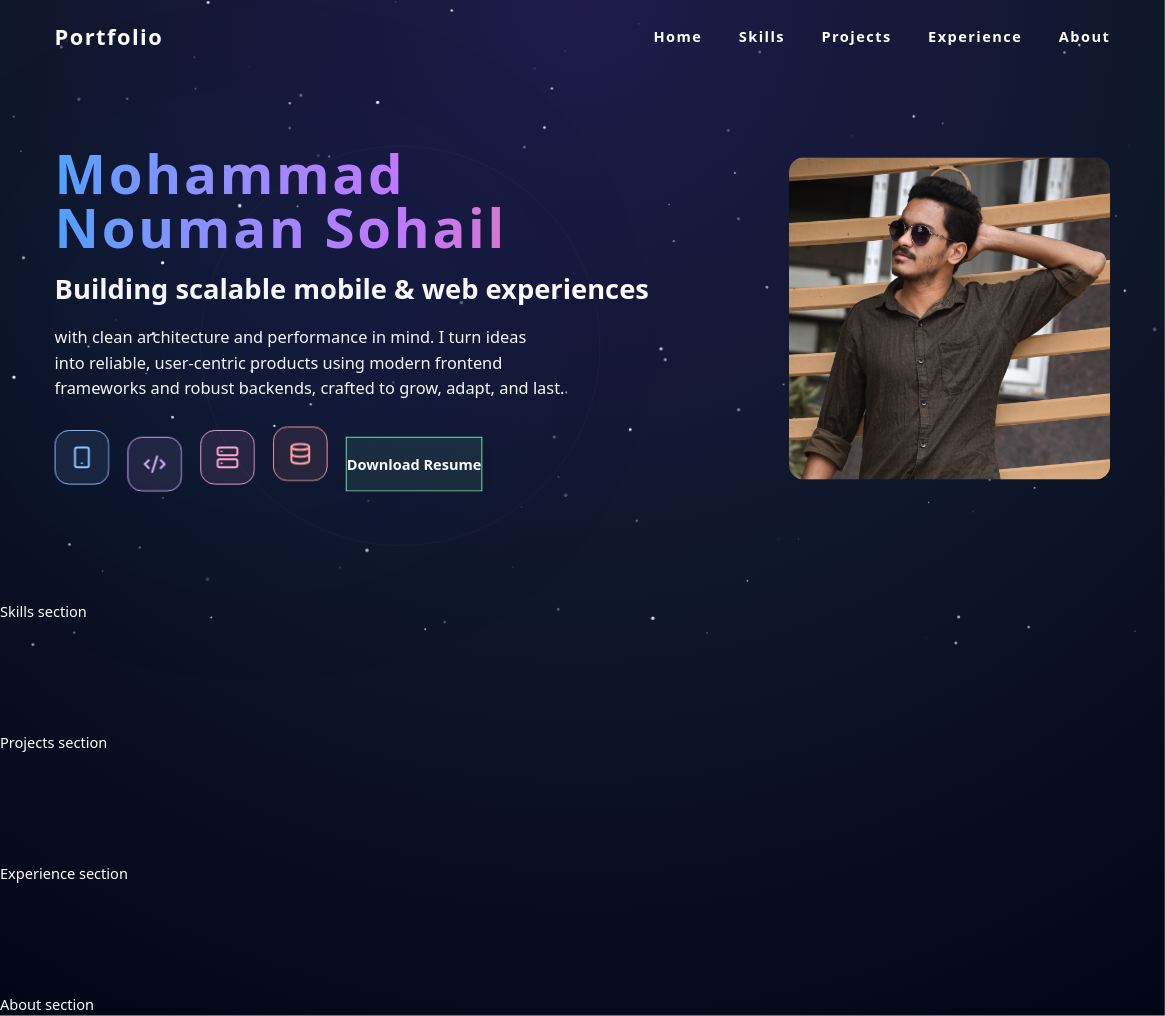
Repository: NoumanSohail/Nouman-Sohail-Portfolio
Page: /
An editor plug-in stored every save of this project. The page is shown before and after the next save, followed by the edit.
The browser window is 1280 px wide. The pictures show the whole page, at 91% of full size.
The project was rebuilt for these pictures with package versions that can differ from the ones it lists, and the page was loaded fresh each time. The framework's server and built-in components were replaced by stand-ins that run in the browser. Also part of the build but not shown: next.config.ts.

Above is the page before, as saved 2026-01-24 21:25:51.

### app/layout.tsx
import type { Metadata } from "next";
import { Geist, Geist_Mono } from "next/font/google";
import "./globals.css";
import Navbar from "./components/header/Navbar";
import StarBackground from "./components/ui/StarBackground";

const geistSans = Geist({
  variable: "--font-geist-sans",
  subsets: ["latin"],
});

const geistMono = Geist_Mono({
  variable: "--font-geist-mono",
  subsets: ["latin"],
});

export const metadata: Metadata = {
  title: "Create Next App",
  description: "Generated by create next app",
};

export default function RootLayout({
  children,
}: Readonly<{
  children: React.ReactNode;
}>) {
  return (
    <html lang="en">
      <body
        className={`${geistSans.variable} ${geistMono.variable} antialiased`}
      >
        <StarBackground />
        <Navbar />
        {children}
      </body>
    </html>
  );
}

### app/page.tsx
import React from 'react'
import Hero from './components/sections/Hero'
import Skills from './components/sections/Skills'
import Projects from './components/sections/Projects'
import Experience from './components/sections/Experience'
import About from './components/sections/About'

const page = () => {
  return (
    <div>
      <Hero />
      <Skills />
      <Projects />
      <Experience />
      <About />
    </div>
  )
}

export default page

### app/globals.css
@import "tailwindcss";

html {
  scroll-behavior: smooth;
}

body {
  overflow-x: hidden;
  position: relative;
  background: radial-gradient(circle at 50% 0%, #1e1b4b, #0f172a, #020617);
  min-height: 100vh;
}

### app/components/header/Navbar.tsx
"use client";

import { useEffect, useState } from "react";
import { navLinks } from "@/app/data";
import Link from "next/link";
import { Menu, X } from "lucide-react";

const Navbar = () => {
  const [isScrolled, setIsScrolled] = useState(false);
  const [menuOpen, setMenuOpen] = useState(false);

  useEffect(() => {
    const handleScroll = () => setIsScrolled(window.scrollY > 20);
    window.addEventListener("scroll", handleScroll);
    return () => window.removeEventListener("scroll", handleScroll);
  }, []);

  return (
    <header
      className={`fixed top-0 left-0 right-0 z-50 transition-all ${
        isScrolled
          ? "bg-transparent backdrop-blur-md border-b border-white/20 shadow-lg py-3"
          : "bg-transparent py-6"
      }`}
    >
      <div className="w-full mx-auto max-w-384 flex items-center justify-between px-5 md:px-10 lg:px-15 text-white tracking-widest">
        <h1 className="font-bold text-2xl">Portfolio</h1>

        {/* large displays like laptops */}
        <nav className="hidden lg:flex">
          {navLinks.map((links) => (
            <div key={links.name} className="flex ml-10 font-semibold">
              <Link href={links.id}>{links.name}</Link>
            </div>
          ))}
        </nav>

        {/* Mobile Hamburger */}
        <div className="lg:hidden flex items-center justify-center">
          <button
            onClick={() => setMenuOpen(!menuOpen)}
            className="text-zinc-400"
          >
            <Menu size={30} />
          </button>
        </div>

        {menuOpen && (
          <div className="fixed inset-0 h-screen flex justify-end bg-black/40 backdrop-blur-sm">
            <div className="relative h-full w-[60%] bg-[#0f172a] text-white flex items-center transition-transform duration-300 translate-x-0">
              <button
                onClick={() => setMenuOpen(false)}
                className={`absolute top right-5 md:right-10 text-white ${isScrolled ? "top-3" : "top-6"}`}
              >
                <X size={30} />
              </button>

              <nav className="flex flex-col p-10 gap-10 mt-20">
                {navLinks.map((links) => (
                  <Link
                    key={links.name}
                    href={links.id}
                    onClick={() => setMenuOpen(false)}
                    className="font-semibold"
                  >
                    {links.name}
                  </Link>
                ))}
              </nav>
            </div>
          </div>
        )}
      </div>
    </header>
  );
};

export default Navbar;

### app/components/ui/StarBackground.tsx
"use client";

import { useEffect, useRef } from "react";

const StarBackground = () => {
  const canvasRef = useRef<HTMLCanvasElement | null>(null);

  useEffect(() => {
    const canvas = canvasRef.current;
    if (!canvas) return;

    const ctx = canvas.getContext("2d");
    if (!ctx) return;

    let stars: any[] = [];
    const STAR_COUNT = 120;

    const resize = () => {
      canvas.width = window.innerWidth;
      canvas.height = window.innerHeight;
    };

    resize();
    window.addEventListener("resize", resize);

    // Create stars
    stars = Array.from({ length: STAR_COUNT }).map(() => ({
      x: Math.random() * canvas.width,
      y: Math.random() * canvas.height,
      radius: Math.random() * 1.5 + 0.5,
      speed: Math.random() * 0.3 + 0.1,
      opacity: Math.random(),
    }));

    const animate = () => {
      ctx.clearRect(0, 0, canvas.width, canvas.height);

      stars.forEach((star) => {
        star.y += star.speed;
        if (star.y > canvas.height) {
          star.y = 0;
          star.x = Math.random() * canvas.width;
        }

        ctx.beginPath();
        ctx.arc(star.x, star.y, star.radius, 0, Math.PI * 2);
        ctx.fillStyle = `rgba(255,255,255,${star.opacity})`;
        ctx.fill();
      });

      requestAnimationFrame(animate);
    };

    animate();

    return () => window.removeEventListener("resize", resize);
  }, []);

  return (
    <canvas
      ref={canvasRef}
      className="fixed inset-0 pointer-events-none -z-10"
    />
  );
};

export default StarBackground;

### app/components/sections/Hero.tsx
"use client";

import { personaldetails } from "@/app/data";
import Image from "next/image";
import me from "@/public/images/me.jpg";
import { Code2, Database, Server, Smartphone } from "lucide-react";
import { motion } from "framer-motion";
import Button from "../ui/Button";

const Hero = () => {
  return (
    <section
      id="home"
      className="scroll-mt-40 w-full mx-auto max-w-384 px-5 md:px-10 lg:px-15 text-white mt-30 xl:mt-40 overflow-hidden"
    >
      {/* Central Glowing Orb */}
      <div
        className="absolute hidden lg:block lg:left-55 xl:left-0 w-[45%] h-[45%] bg-blue-700/50 rounded-full
          blur-[120px] opacity-10 animate-pulse [animation-delay:2000ms] z-0
        "
      />

      {/* Orbiting Elements */}
      <div
        className="absolute hidden lg:block left-55 w-110 h-110 border border-white/5 rounded-full
          animate-spin [animation-duration:20s] z-10
        "
      />

      <div className="flex flex-col lg:flex-row items-center justify-center gap-7 lg:gap-20 text-center lg:text-start">
        <div className="flex flex-col gap-5">
          <motion.div
            initial={{ x: -100, opacity: 0 }}
            whileInView={{ x: 0, opacity: 1 }}
            viewport={{ once: false, amount: 0.3 }}
            transition={{ duration: 0.8, ease: "easeOut" }}
            className="flex flex-col gap-5"
          >
            <h1 className="font-black text-4xl lg:text-5xl xl:text-6xl tracking-wider text-balance text-transparent bg-clip-text bg-linear-to-r from-blue-400 via-purple-400 via-green-400 to-red-400">
              {personaldetails.name}
            </h1>
            <h2 className="font-semibold text-2xl lg:text-3xl">
              {personaldetails.tagline}
            </h2>
            <p className="lg:text-lg lg:text-balance">
              {personaldetails.statement}
            </p>
          </motion.div>

          <motion.div
            initial={{ scale: 0.8, opacity: 0 }}
            whileInView={{ scale: 1, opacity: 1 }}
            viewport={{ once: false, amount: 0.3 }}
            transition={{
              duration: 0.5,
              ease: "easeOut",
            }}
            className="flex gap-5 mt-5 items-center justify-center lg:items-start lg:justify-start"
          >
            <div className="flex gap-5">
              <Smartphone
                size={60}
                className="p-4 border rounded-2xl backdrop-blur-xs bg-blue-300/10 hover:scale-110
                        border-blue-300  hover:border-blue-300 text-blue-300 hover:text-blue-300
                        transition-all duration-300 animate-bounce [animation-delay:0ms]"
              />
              <Code2
                size={60}
                className="p-4 border rounded-2xl backdrop-blur-xs bg-purple-300/10 hover:scale-110
                        border-purple-300 hover:border-purple-300 text-purple-300 hover:text-purple-300
                        transition-all duration-300 animate-bounce [animation-delay:100ms]"
              />
              <Server
                size={60}
                className="p-4 border rounded-2xl backdrop-blur-xs bg-pink-300/10 hover:scale-110
                        border-pink-300 hover:border-pink-300 text-pink-300 hover:text-pink-300
                        transition-all duration-300 animate-bounce [animation-delay:200ms]"
              />
              <Database
                size={60}
                className="p-4 border rounded-2xl backdrop-blur-xs bg-red-300/10 hover:scale-110
                        border-red-300 hover:border-red-300 text-red-300 hover:text-red-300
                        transition-all duration-300 animate-bounce [animation-delay:300ms]"
              />
              <Button title="Download Resume" onClick={() => {}} className="border border-green-300 bg-green-300/10" />
            </div>
          </motion.div>
        </div>

        <motion.div
          initial={{ x: 100, opacity: 0 }}
          whileInView={{ x: 0, opacity: 1 }}
          viewport={{ once: false, amount: 0.3 }}
          transition={{ duration: 0.8, ease: "easeOut" }}
        >
          <Image
            src={me}
            alt={personaldetails.name}
            height={350}
            width={350}
            className="rounded-2xl lg:h-3xl lg:w-3xl"
          />
        </motion.div>
      </div>
    </section>
  );
};

export default Hero;

### app/components/sections/Skills.tsx

const Skills = () => {
  return (
    <section id="skills" className="h-fit">
      <div className="text-white pt-30">Skills section</div>
    </section>
  );
};

export default Skills;

### app/components/sections/Projects.tsx

const Projects = () => {
  return (
    <section id="projects" className="h-fit">
      <div className="text-white pt-30">Projects section</div>
    </section>
  )
}

export default Projects

### app/components/sections/Experience.tsx

const Experience = () => {
  return (
    <section id="experience" className="h-fit">
      <div className="text-white pt-30">Experience section</div>
    </section>
  );
};

export default Experience;

### app/components/sections/About.tsx

const About = () => {
  return (
    <section id="about" className="h-fit">
      <div className="text-white pt-30">About section</div>
    </section>
  )
}

export default About

### app/data.tsx
export const navLinks = [
  { name: "Home", id: "/#home" },
  { name: "Skills", id: "/#skills" },
  { name: "Projects", id: "/#projects" },
  { name: "Experience", id: "/#experience" },
  { name: "About", id: "/#about" },
];

export const personaldetails = {
  name: "Mohammad Nouman Sohail",
  role: "Full Stack Mobile & Web Developer",
  tagline: "Building scalable mobile & web experiences",
  statement:
    "with clean architecture and performance in mind. I turn ideas into reliable, user-centric products using modern frontend frameworks and robust backends, crafted to grow, adapt, and last.",
};

### app/components/ui/Button.tsx
import { ReactNode } from "react";

interface ButtonProps {
  title: string;
  onClick: () => void;
  type?: "button" | "submit";
  disabled?: boolean;

  /* 🔹 Optional Icon */
  icon?: ReactNode;
  iconPosition?: "left" | "right";

  /* 🔹 External Styles */
  className?: string;
}

const Button = ({
  title,
  onClick,
  type = "button",
  disabled = false,
  icon,
  iconPosition = "left",
  className = "",
}: ButtonProps) => {
  return (
    <button
      type={type}
      onClick={!disabled ? onClick : undefined}
      disabled={disabled}
      className={`
        group
        font-bold shadow-lg
        transition-all transform
        flex items-center justify-center gap-2
        duration-300
        ${
          disabled
            ? "bg-(--color-gray) text-white cursor-not-allowed opacity-70 transition-all duration-300"
            : "bg-(--color-primary) text-white hover:bg-gray-300 hover:scale-105 cursor-pointer transition-all duration-300"
        }

        ${className}
      `}
    >
      {/* ICON LEFT */}
      {icon && iconPosition === "left" && (
        <span className="button-icon flex items-center">{icon}</span>
      )}

      <span>{title}</span>

      {/* ICON RIGHT */}
      {icon && iconPosition === "right" && (
        <span className="button-icon flex items-center">{icon}</span>
      )}
    </button>
  );
};

export default Button;

After the next save:
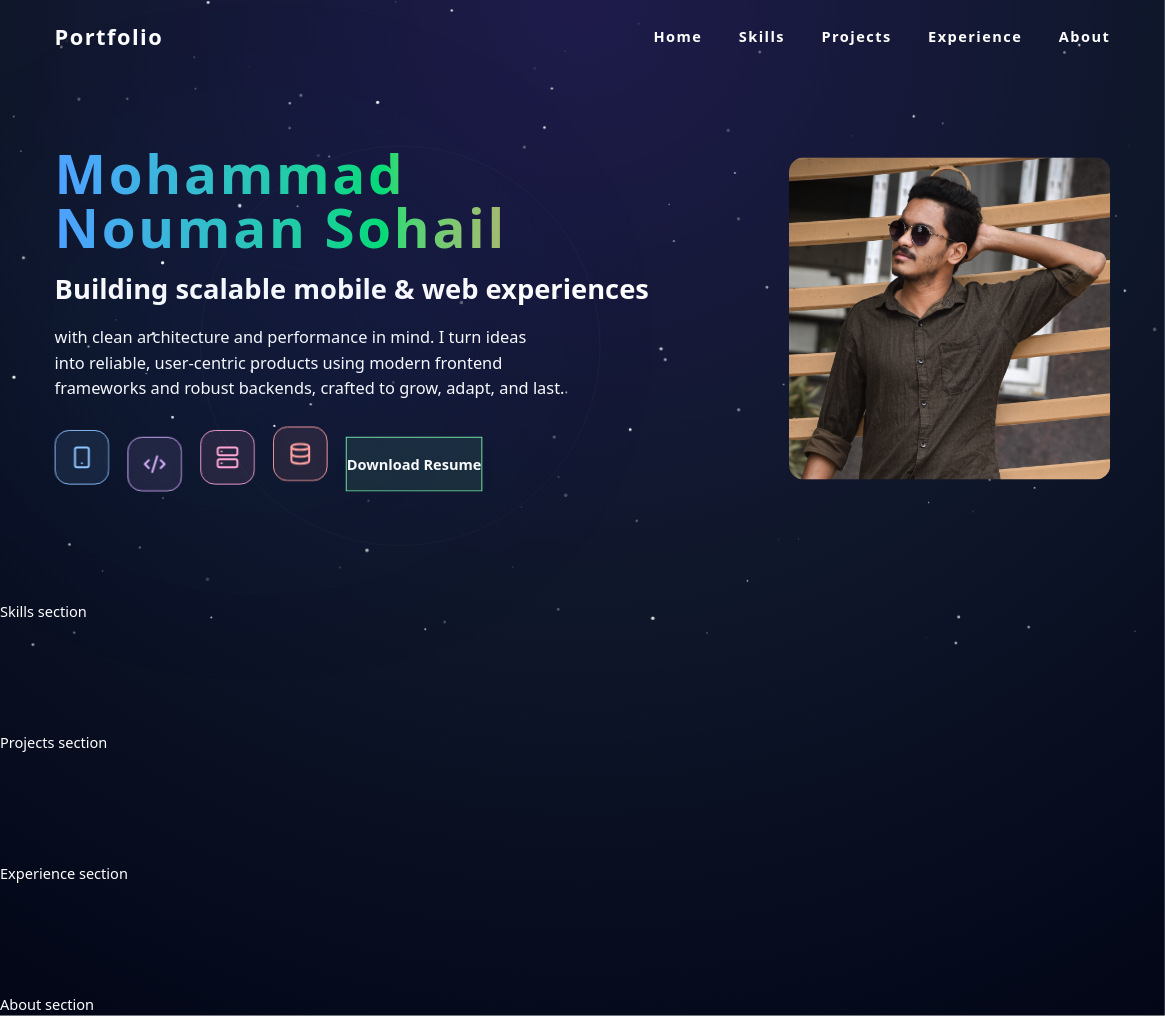
Saved 8 s later.
--- a/app/components/sections/Hero.tsx
+++ b/app/components/sections/Hero.tsx
@@ -36,7 +36,7 @@
             transition={{ duration: 0.8, ease: "easeOut" }}
             className="flex flex-col gap-5"
           >
-            <h1 className="font-black text-4xl lg:text-5xl xl:text-6xl tracking-wider text-balance text-transparent bg-clip-text bg-linear-to-r from-blue-400 via-purple-400 via-green-400 to-red-400">
+            <h1 className="font-black text-4xl lg:text-5xl xl:text-6xl tracking-wider text-balance text-transparent bg-clip-text bg-linear-to-r from-blue-400 via-green-400 to-red-400">
               {personaldetails.name}
             </h1>
             <h2 className="font-semibold text-2xl lg:text-3xl">

After the save that followed:
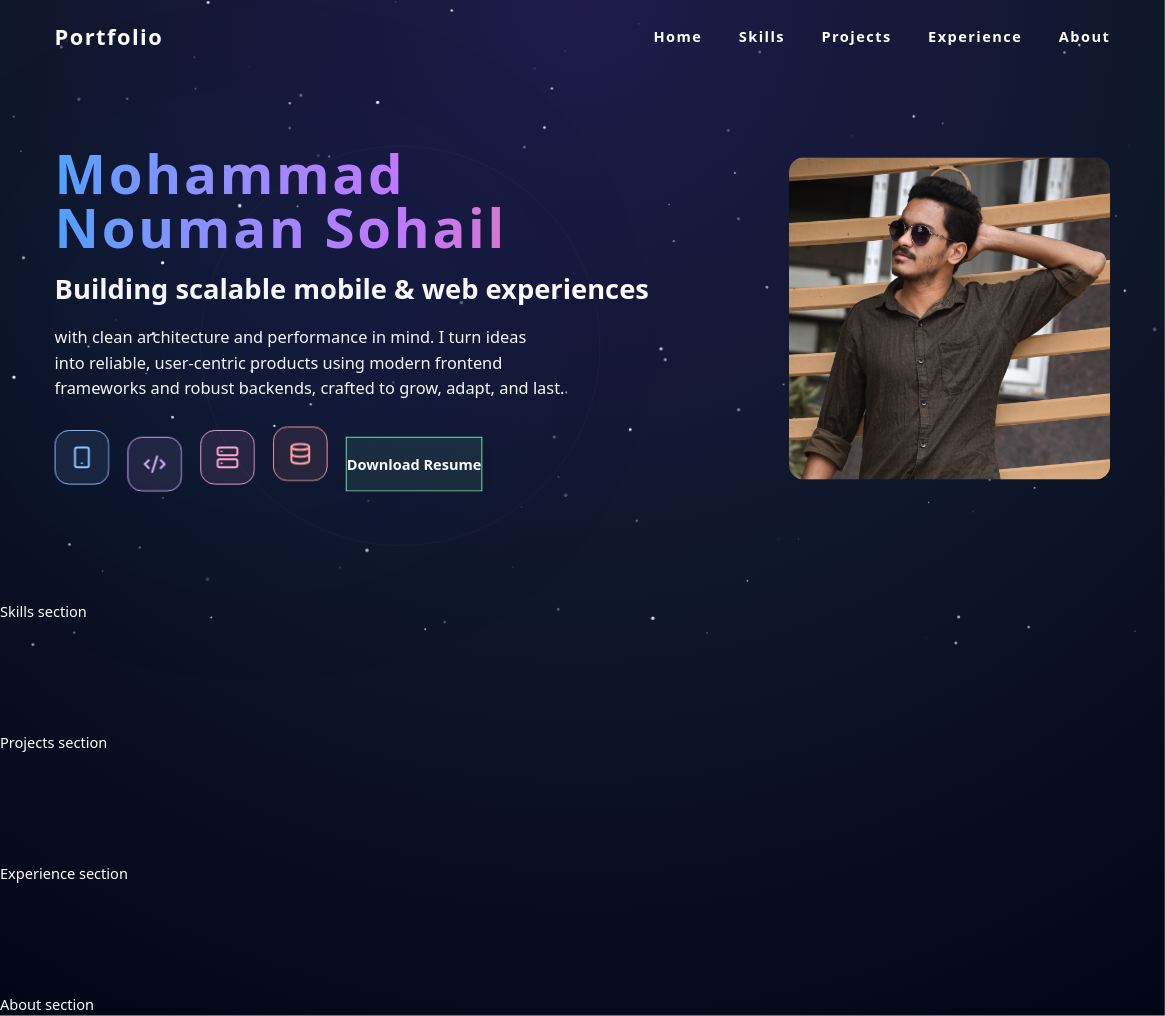
Saved 8 s later.
--- a/app/components/sections/Hero.tsx
+++ b/app/components/sections/Hero.tsx
@@ -36,7 +36,7 @@
             transition={{ duration: 0.8, ease: "easeOut" }}
             className="flex flex-col gap-5"
           >
-            <h1 className="font-black text-4xl lg:text-5xl xl:text-6xl tracking-wider text-balance text-transparent bg-clip-text bg-linear-to-r from-blue-400 via-green-400 to-red-400">
+            <h1 className="font-black text-4xl lg:text-5xl xl:text-6xl tracking-wider text-balance text-transparent bg-clip-text bg-linear-to-r from-blue-400 via-purple-400 via2-green-400 to-red-400">
               {personaldetails.name}
             </h1>
             <h2 className="font-semibold text-2xl lg:text-3xl">
